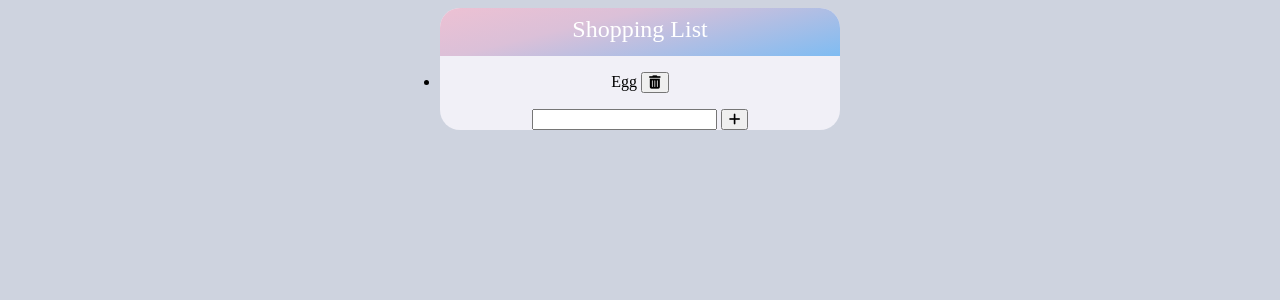
Repository: rumor1993/DreamCoding-Browser101
Page: Chapter05/index.html
These files come from the project's save history. The page is drawn as it stood at one moment and after the next save; the edit follows.
The browser window is 1280 px wide. The pictures show the whole page.
Some web libraries are served in a nearby version.

Above is the page before, as saved 2020-12-30 12:25:36.

After the next save:
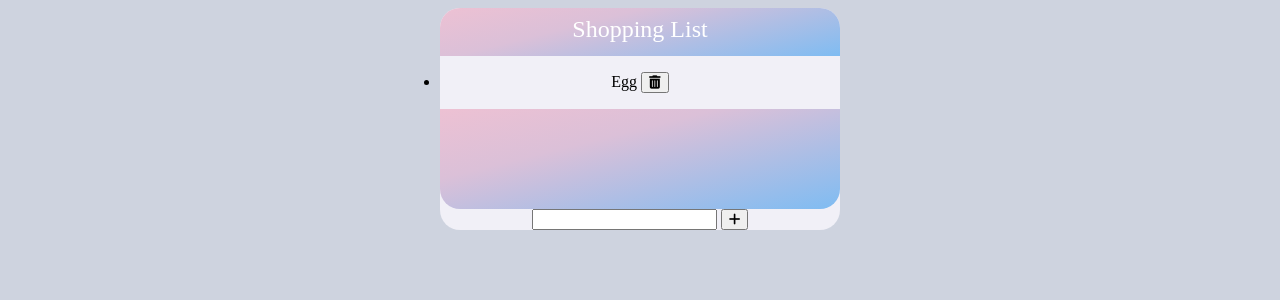
Saved 6 s later.
--- a/Chapter05/style.css
+++ b/Chapter05/style.css
@@ -29,4 +29,8 @@
 }
 
 .footer {
+  height: 100px;
+  background: rgba(237, 193, 211);
+  background: linear-gradient(166deg, rgba(237, 193, 211, 1) 0%, rgba(219, 192, 216, 1) 35%, rgba(127, 188, 242, 1) 100%);
+  border-radius: 0 0 20px 20px;
 }

After the save that followed:
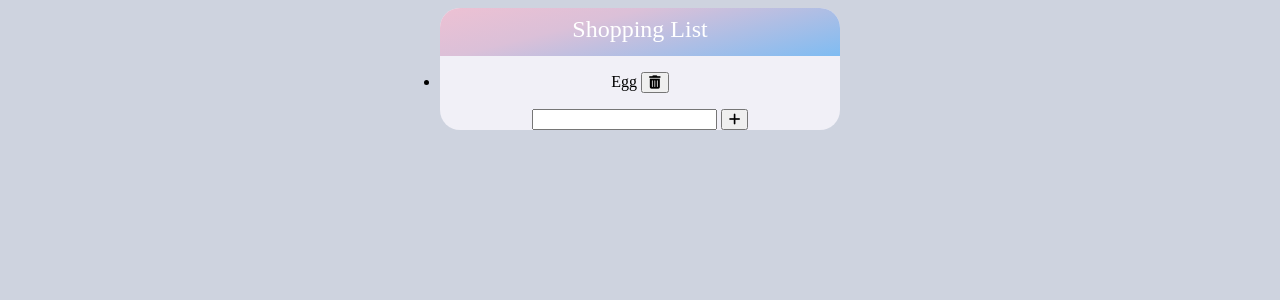
Saved 5 s later.
--- a/Chapter05/style.css
+++ b/Chapter05/style.css
@@ -29,7 +29,6 @@
 }
 
 .footer {
-  height: 100px;
   background: rgba(237, 193, 211);
   background: linear-gradient(166deg, rgba(237, 193, 211, 1) 0%, rgba(219, 192, 216, 1) 35%, rgba(127, 188, 242, 1) 100%);
   border-radius: 0 0 20px 20px;
